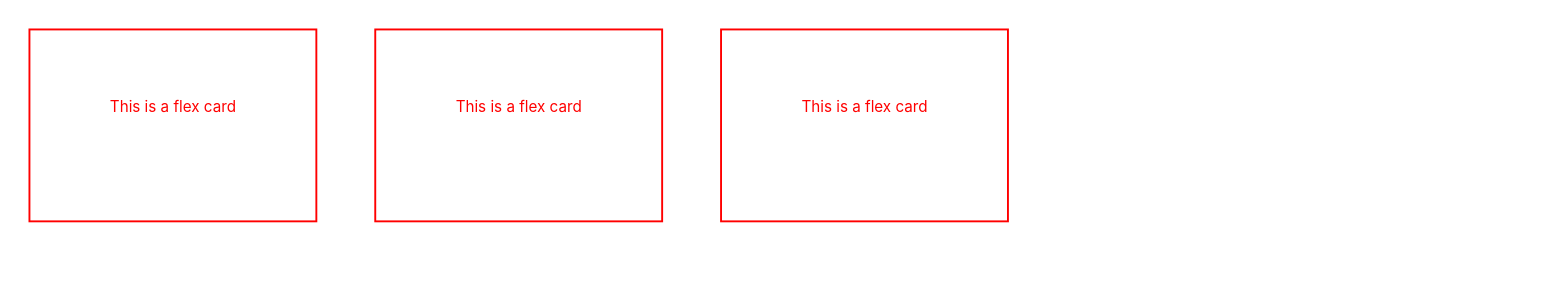
Repository: thai-shriya/anxiety-tracker
Page: /
These files come from the project's save history. The page is drawn as it stood at one moment and after the next save; the edit follows.
The browser window is 1280 px wide. The page is 1280 px wide, then 1635 px, so the pictures cover 1635 px, including what lies to the right of the window. The pictures show the whole page, at 95% of full size.
The project was rebuilt for these pictures with package versions that can differ from the ones it lists, and the page was loaded fresh each time.

Above is the page before, as saved 2024-04-22 14:28:11.

After the next save:
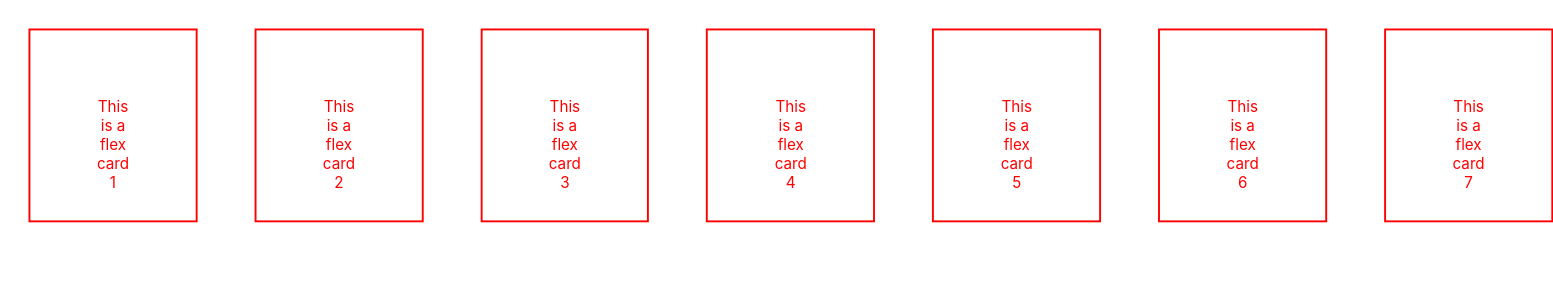
Saved 63 s later.
--- a/src/App.js
+++ b/src/App.js
@@ -4,14 +4,27 @@ function App() {
   return (
     <div className='main-container'>
       <div className='flex-card-container'>
-      <p className='flex-card-text'> This is a flex card</p>
+      <p className='flex-card-text'> This is a flex card 1</p>
       </div>
       <div className='flex-card-container'>
-      <p className='flex-card-text'> This is a flex card</p>
+      <p className='flex-card-text'> This is a flex card 2</p>
       </div>
       <div className='flex-card-container'>
-      <p className='flex-card-text'> This is a flex card</p>
-    </div>
+        <p className='flex-card-text'> This is a flex card 3</p>
+      </div>
+      <div className='flex-card-container'>
+        <p className='flex-card-text'> This is a flex card 4</p>
+      </div>
+      <div className='flex-card-container'>
+        <p className='flex-card-text'> This is a flex card 5</p>
+      </div>
+      <div className='flex-card-container'>
+        <p className='flex-card-text'> This is a flex card 6</p>
+      </div>
+      <div className='flex-card-container'>
+        <p className='flex-card-text'> This is a flex card 7</p>
+      </div>
+
     </div>
 
   );
